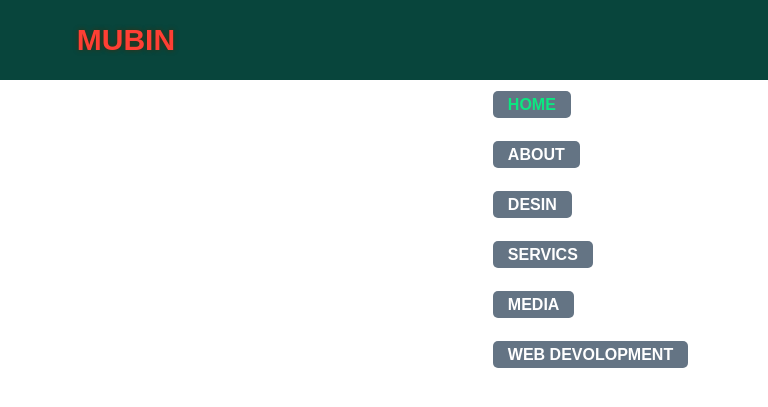
Repository: mdaj6804gmail/1-page-web-theme
Page: index.html
An editor plug-in stored every save of this project. The page is shown before and after a run of saves, followed by the edit.
The browser window is 768 px wide. The pictures show the whole page.

Above is the page before, as saved 2022-12-18 12:57:12.

### index.html
<!DOCTYPE html>
<html lang="en">
<head>
  <meta charset="UTF-8">
  <meta http-equiv="X-UA-Compatible" content="IE=edge">
  <meta name="viewport" content="width=device-width, initial-scale=1.0">
  <link rel="stylesheet" href="style.css">
  <title>NAVBAR</title>
</head>
<body>

  <nav>
    <div class="header">
      <label class="logo">MUBIN</label>
      <ul>
       <li><a href="#" style="color: #0be881;">home</a></li>
       <li><a href="#">about</a></li>
       <li><a href="#">desin</a></li>
       <li><a href="#">servics</a></li>
       <li><a href="#">media</a></li>
       <li><a href="#">web devolopment</a></li>
      </ul>

    </div>


  </nav>
</body>
</html>

### style.css
*{
  margin: 0;
  padding: 0;
  list-style: none;
  text-decoration: none;
}
body{
  font-family: Arial, Helvetica, sans-serif;
}
nav{
  background-color: rgb(8, 69, 60);
  width: 100%;
  height: 80px;

}
.header{
  width: 80%;

  margin: 0 auto;
}
nav .logo{
  font-size: 30px;
  color: rgba(255, 63, 52,1.0);
 text-align: center;
 line-height: 80px;
 font-weight: bold;
 text-shadow: 0 0 5px rgb(61, 44, 12);
}
nav ul{
  float: right;

}
nav ul li{
  display: inline-block;
  line-height:80px;
  padding: 0 3px;

}
nav ul li a{
  color: white;
  text-transform: uppercase;
  font-weight:bold;
  padding:5px 15px;
  background-color:rgb(100, 116, 132) ;
  border-radius: 5px;

}
nav ul li a:hover{
  background-color: rgba(111, 3, 3, 07);
  color: rgb(37, 216, 70);
  box-shadow:0 0 5px white;

}

@media (max-width:786px){

  nav ul li{
    display: block;
    line-height: 50px;
  }
  nav ul{
    margin-top: 80px;
    f
  }

}

After the next 2 saves:
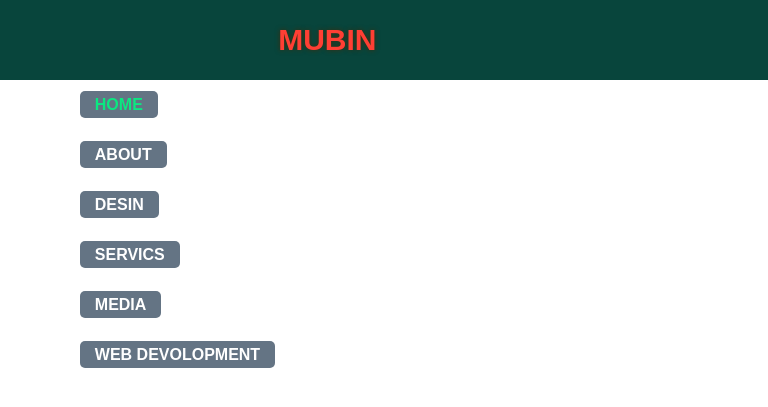
The 2 saves are shown as one change because they came seconds apart.
The last was saved 7 s later.
--- a/style.css
+++ b/style.css
@@ -60,7 +60,7 @@
   }
   nav ul{
     margin-top: 80px;
-    f
+    float: left;
   }
 
 }
